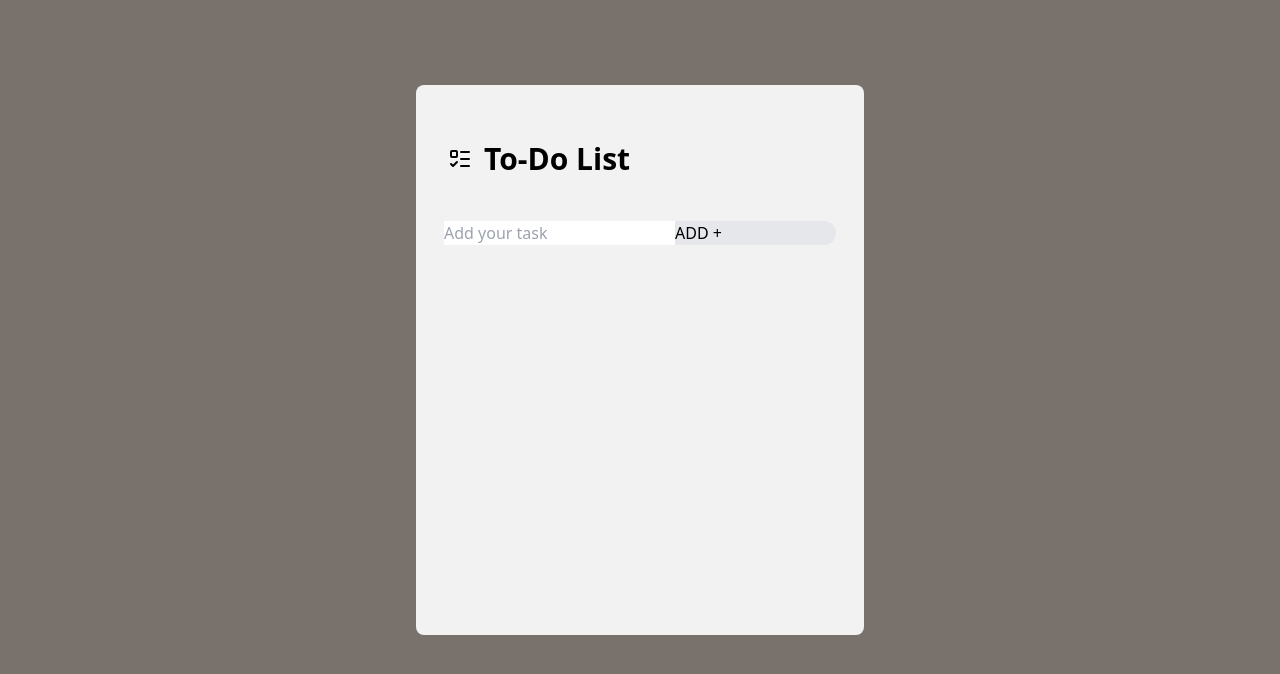
Repository: guilhermecardoso93/todolist-2025-tailwind
Page: /
These files come from the project's save history. The page is drawn as it stood at one moment and after the next save; the edit follows.
The browser window is 1280 px wide. The pictures show the whole page.
The project was rebuilt for these pictures with package versions that can differ from the ones it lists, and the page was loaded fresh each time. Also part of the build but not shown: vite.config.js.

Above is the page before, as saved 2024-11-07 20:00:49.

After the next save:
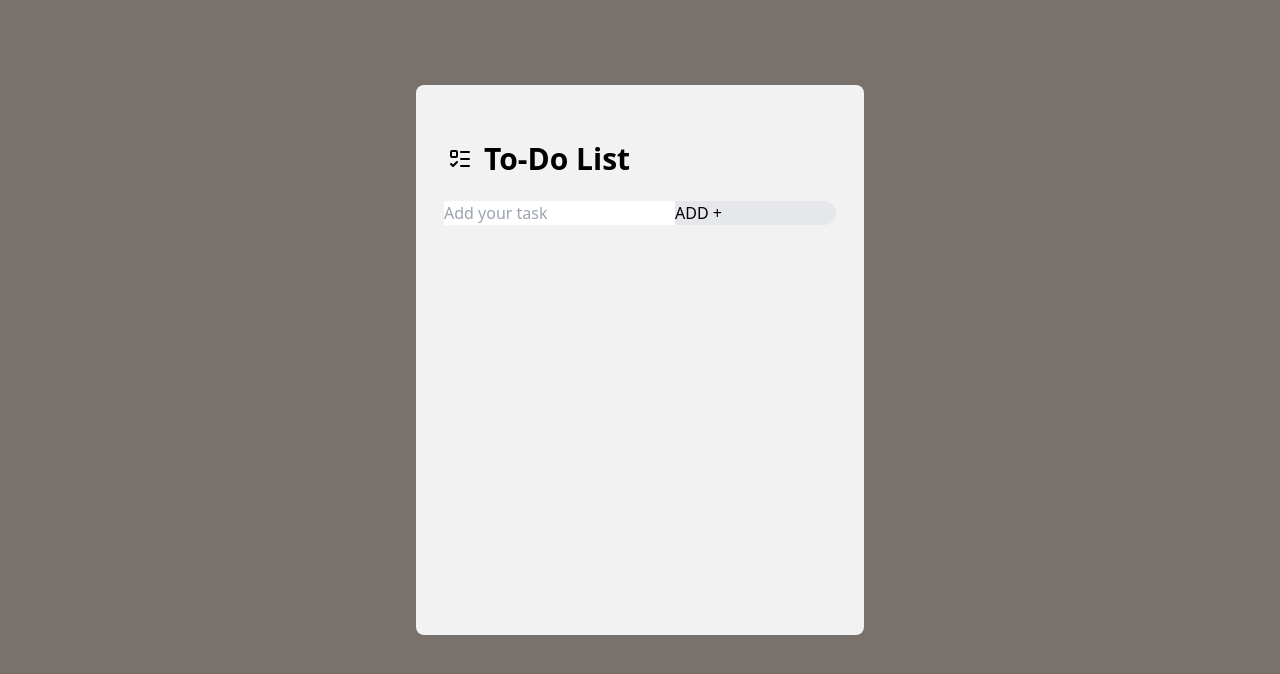
Saved 9 s later.
--- a/src/components/ToDo.jsx
+++ b/src/components/ToDo.jsx
@@ -8,7 +8,7 @@ export function ToDo() {
         <h1 className="text-3xl font-semibold">To-Do List</h1>
       </div>
 
-      <div className="flex items-center my-7 bg-gray-200 rounded-full">
+      <div className="flex items-center my-2 bg-gray-200 rounded-full">
         <input type="text" placeholder="Add your task" />
         <button>ADD +</button>
       </div>
